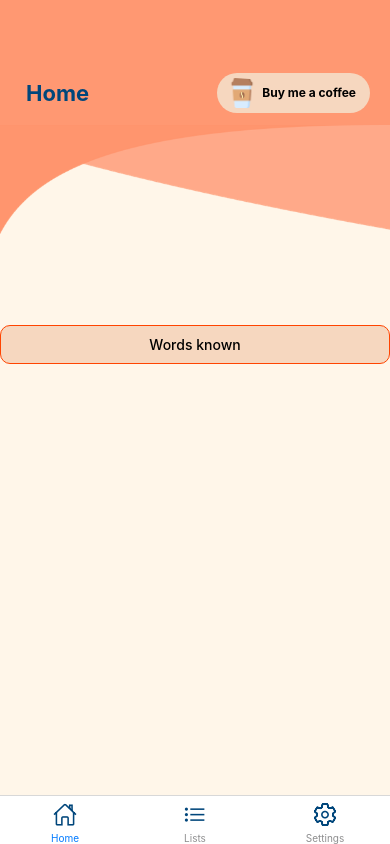
Repository: David-Waite/SpellingApp
Screen: /
An editor plug-in stored every save of this project. The screen is shown before and after the next save, followed by the edit.
The app was drawn by React Native's web renderer in a window 390 px wide. The project was rebuilt for these pictures with package versions that can differ from the ones it lists, and the page was loaded fresh each time. Also part of the build but not shown: screens/Settings.js, screens/SpellWord.js, screens/WordsLearnt.js, screens/WordListOverview.js, screens/WordLists.js, screens/Donate.js.

Above is the screen before, as saved 2023-06-22 22:14:06.

After the next save:
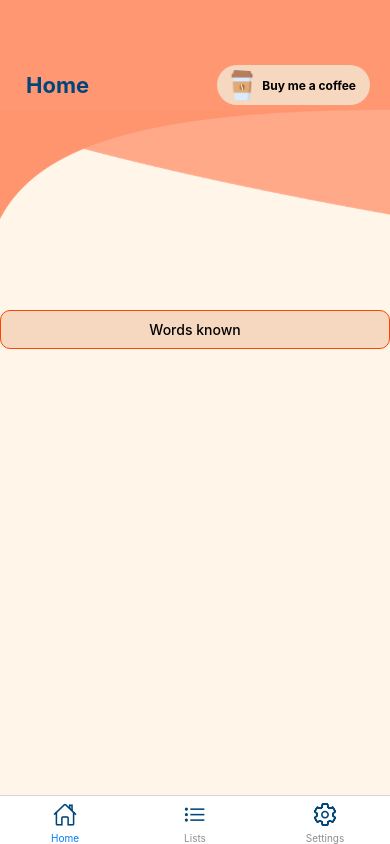
Saved 6 s later.
--- a/App.js
+++ b/App.js
@@ -48,7 +48,7 @@ function BottomTabsScreens() {
           },
           headerStyle: {
             backgroundColor: GlobalStyles.colors.primary400,
-            height: 125,
+            height: 110,
           },
 
           tabBarIcon: ({ color, size }) => (
